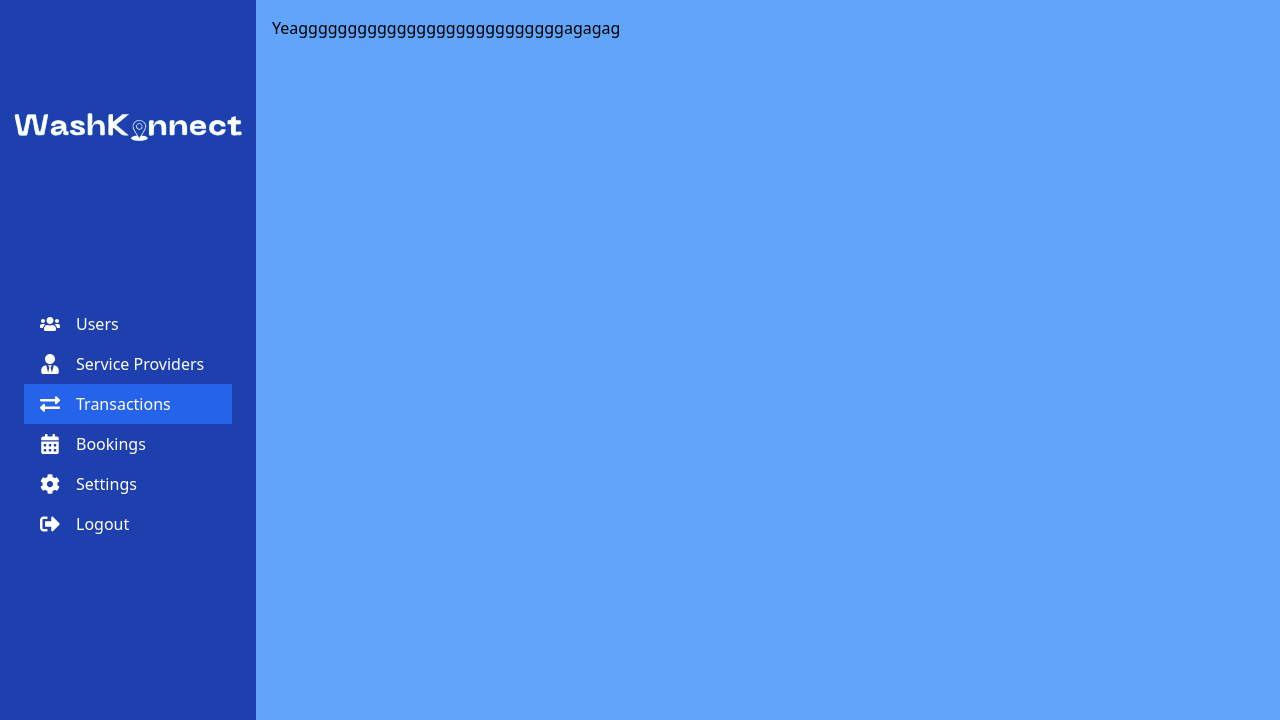
Repository: TEKVOLUTION-LTD/Admin-washKonnect
Page: /dashboard/transactions (app in Admin-WashKonnect/)
An editor plug-in stored every save of this project. The page is shown before and after the next save, followed by the edit.
The browser window is 1280 px wide. The pictures show the whole page.
The project was rebuilt for these pictures with package versions that can differ from the ones it lists, and the page was loaded fresh each time. Also part of the build but not shown: Admin-WashKonnect/vite.config.js, Admin-WashKonnect/src/api/api.js, Admin-WashKonnect/src/pages/LoginPage.jsx, Admin-WashKonnect/src/components/Pagination.jsx, Admin-WashKonnect/src/components/UsersPage.jsx, Admin-WashKonnect/src/pages/ServiceProviderPage.jsx, Admin-WashKonnect/src/pages/BookingsPage.jsx, Admin-WashKonnect/src/pages/SettingsPage.jsx and 1 more.

Above is the page before, as saved 2024-11-20 10:45:31.

After the next save:
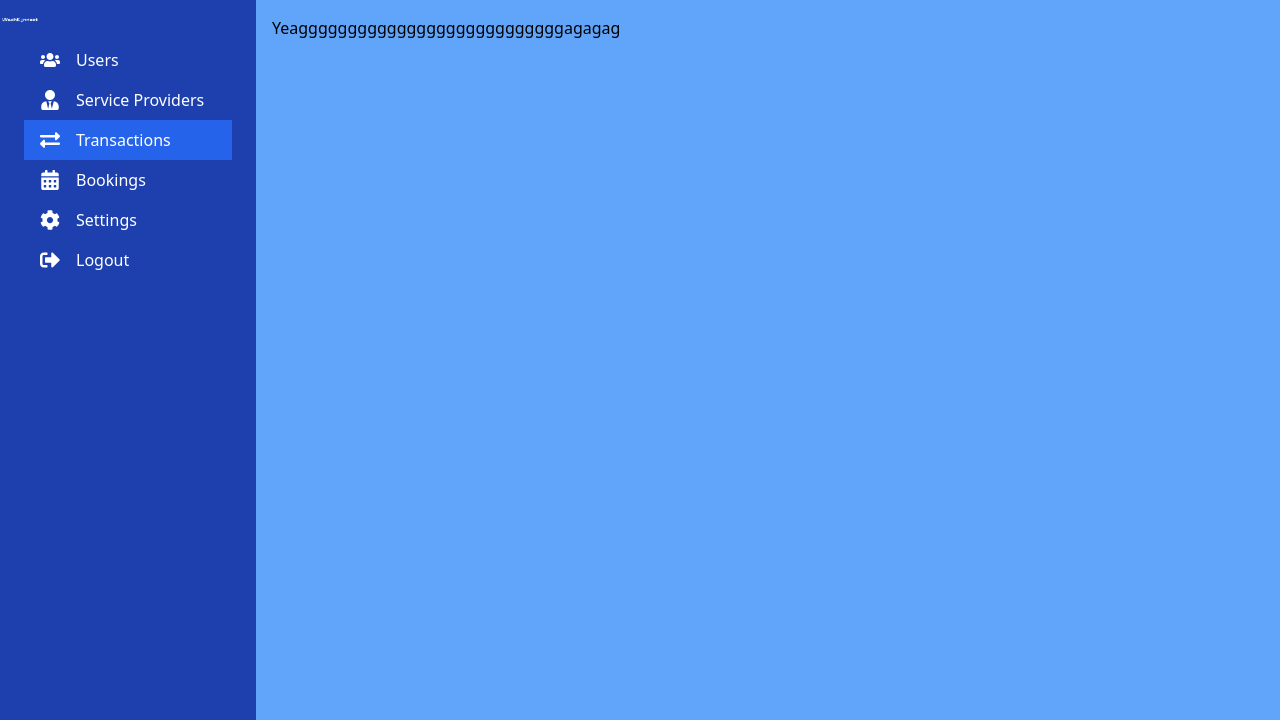
Saved 49 s later.
--- a/Admin-WashKonnect/src/components/Sidebar.jsx
+++ b/Admin-WashKonnect/src/components/Sidebar.jsx
@@ -15,9 +15,9 @@ const Sidebar = () => {
   return (
     <div className="w-64 bg-blue-800 text-white h-full  flex flex-col">
       <div>
-        <img src={WashkonnectLogo} alt="" />
+        <img src={WashkonnectLogo} className="h-10" alt="" />
       </div>
-      <nav className="flex-1 mt-[3rem] px-[1.5rem] ">
+      <nav className="flex-1 mt-[rem] px-[1.5rem] ">
         {links.map((link) => (
           <NavLink
             key={link.name}
